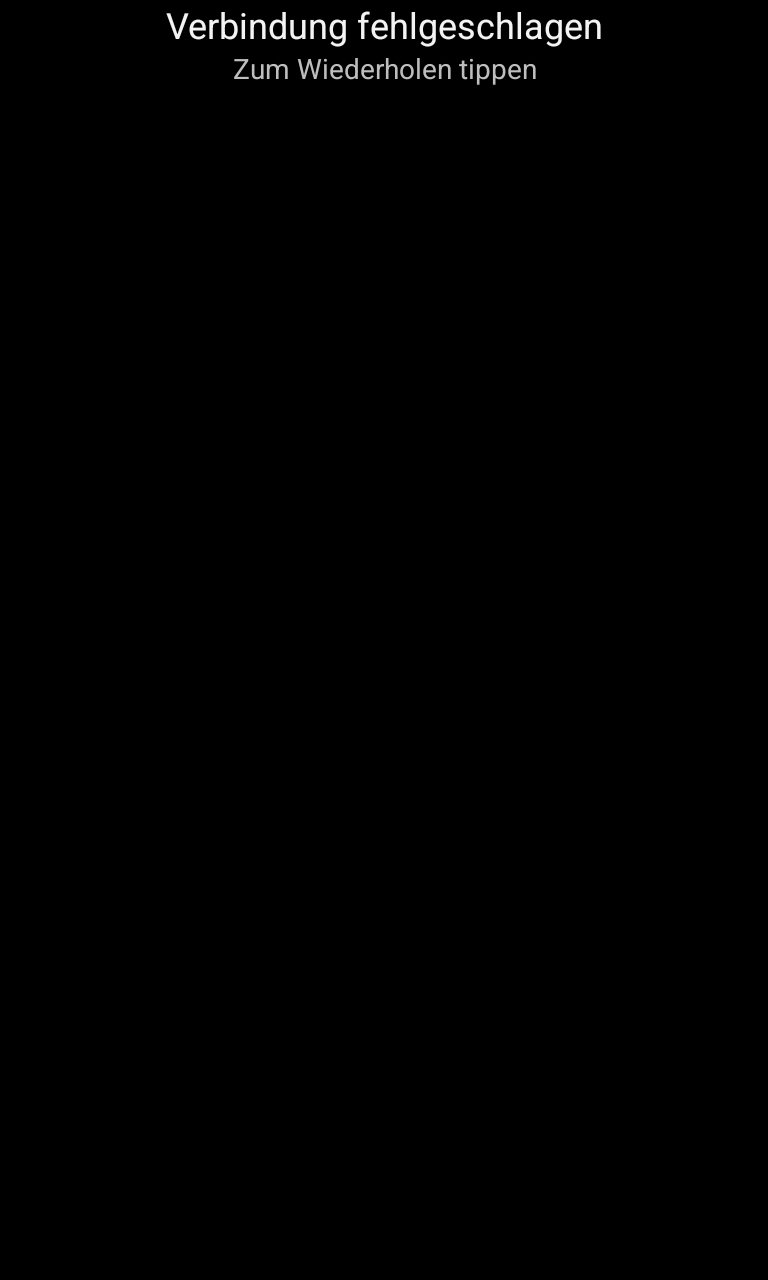
Repository: dwonisch/firefighterapp
Layout: FireFighter/res/layout/main.xml
The author's editor kept a copy of each file at every save. The layout is drawn from the files as they stood at one save, then again after the next save.
It is drawn on a 768 x 1280 px phone screen (xhdpi) without system bars, with theme android:Theme.Holo; the app's code is not run. Lists and similar views that code fills are empty.

Above is the layout before, as saved 2012-10-11 18:46:41.

After the next save:
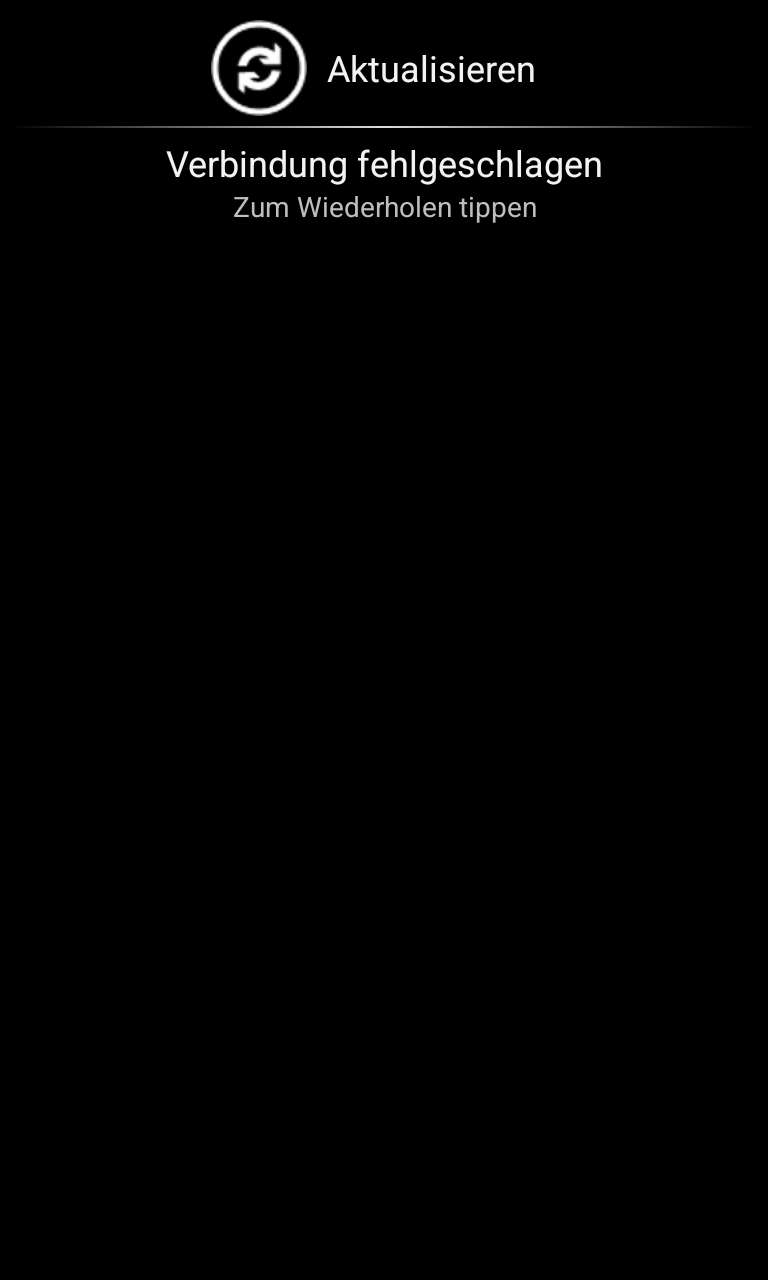
Saved 8 s later.
--- a/FireFighter/res/layout/main.xml
+++ b/FireFighter/res/layout/main.xml
@@ -8,6 +8,7 @@
         xmlns:android="http://schemas.android.com/apk/res/android"
         android:id="@+id/refresh"
         android:layout_width="wrap_content"
+        android:layout_height="wrap_content"
         android:orientation="vertical"
         android:padding="5dp" >
 
